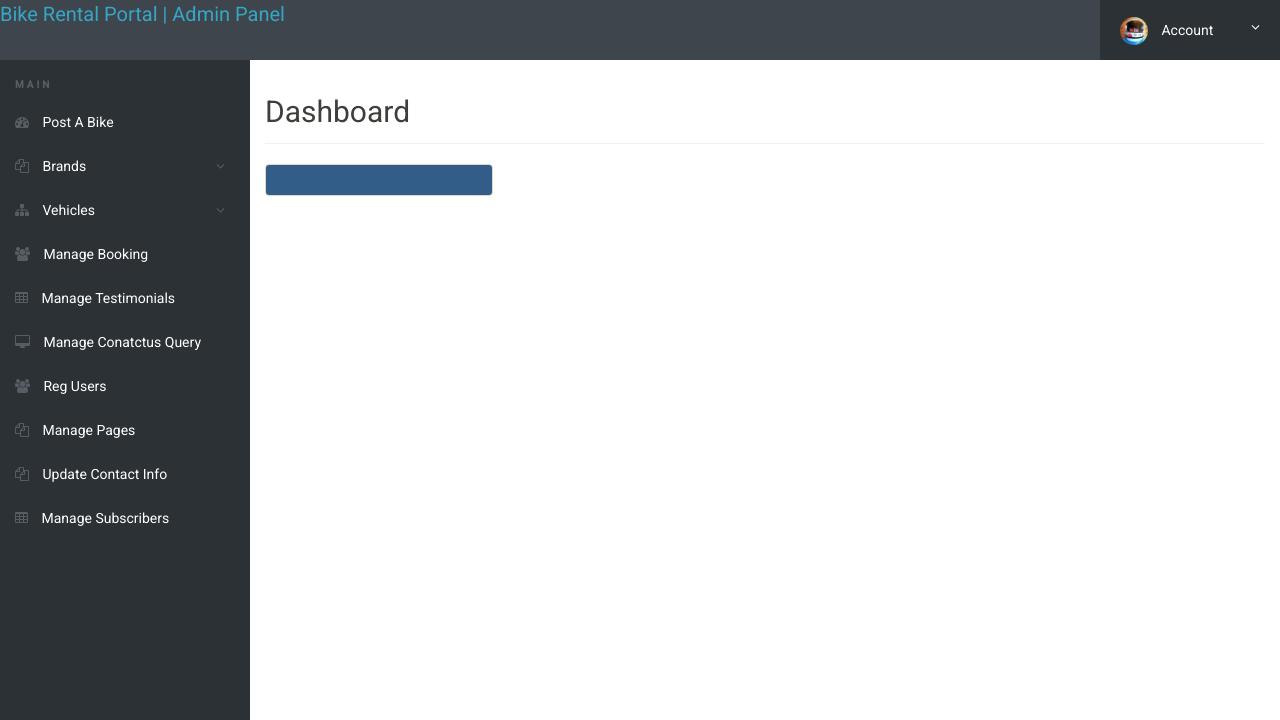
Repository: Het95/Bike-Rental-JSP
Page: http://localhost/AJOep/admin/dashboard.jsp
The author's editor kept a copy of each file at every save. The page is drawn from the files as they stood at one save, then again after the next save.
The browser window is 1280 px wide. The pictures show the whole page.
The page is served by Tomcat 9.

Above is the page before, as saved 2020-06-01 08:37:26.

After the next save:
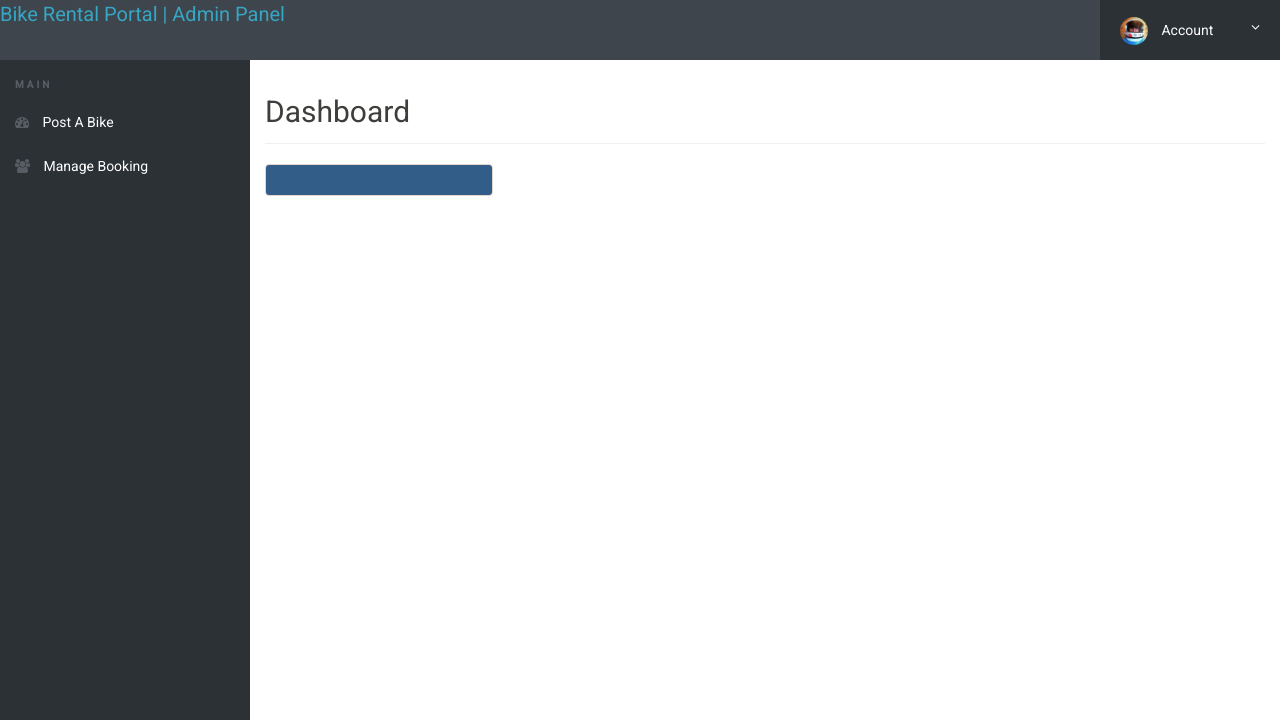
Saved 60 s later.
--- a/AJOep/WebContent/admin/dashboard.jsp
+++ b/AJOep/WebContent/admin/dashboard.jsp
@@ -46,32 +46,9 @@
 
 				<li class="ts-label">Main</li>
 				<li><a href="dashboard.jsp"><i class="fa fa-dashboard"></i> Post A Bike</a></li>
-
-<li><a href="#"><i class="fa fa-files-o"></i> Brands</a>
-<ul>
-<li><a href="create-brand.php">Create Brand</a></li>
-<li><a href="manage-brands.php">Manage Brands</a></li>
-</ul>
-</li>
-
-<li><a href="#"><i class="fa fa-sitemap"></i> Vehicles</a>
-					<ul>
-						<li><a href="post-avehical.php">Post a Vehicle</a></li>
-						<li><a href="manage-vehicles.php">Manage Vehicles</a></li>
-					</ul>
-				</li>
-				<li><a href="manage-bookings.php"><i class="fa fa-users"></i> Manage Booking</a></li>
-
-				<li><a href="testimonials.php"><i class="fa fa-table"></i> Manage Testimonials</a></li>
-				<li><a href="manage-conactusquery.php"><i class="fa fa-desktop""></i> Manage Conatctus Query</a></li>
-				<li><a href="reg-users.php"><i class="fa fa-users"></i> Reg Users</a></li>
-			<li><a href="manage-pages.php"><i class="fa fa-files-o"></i> Manage Pages</a></li>
-			<li><a href="update-contactinfo.php"><i class="fa fa-files-o"></i> Update Contact Info</a></li>
-
-			<li><a href="manage-subscribers.php"><i class="fa fa-table"></i> Manage Subscribers</a></li>
-
+				<li><a href="manage-bookings.jsp"><i class="fa fa-users"></i> Manage Booking</a></li>
 			</ul>
-		</nav>
+			</nav>
 			<div class="content-wrapper">
 			<div class="container-fluid">
 
